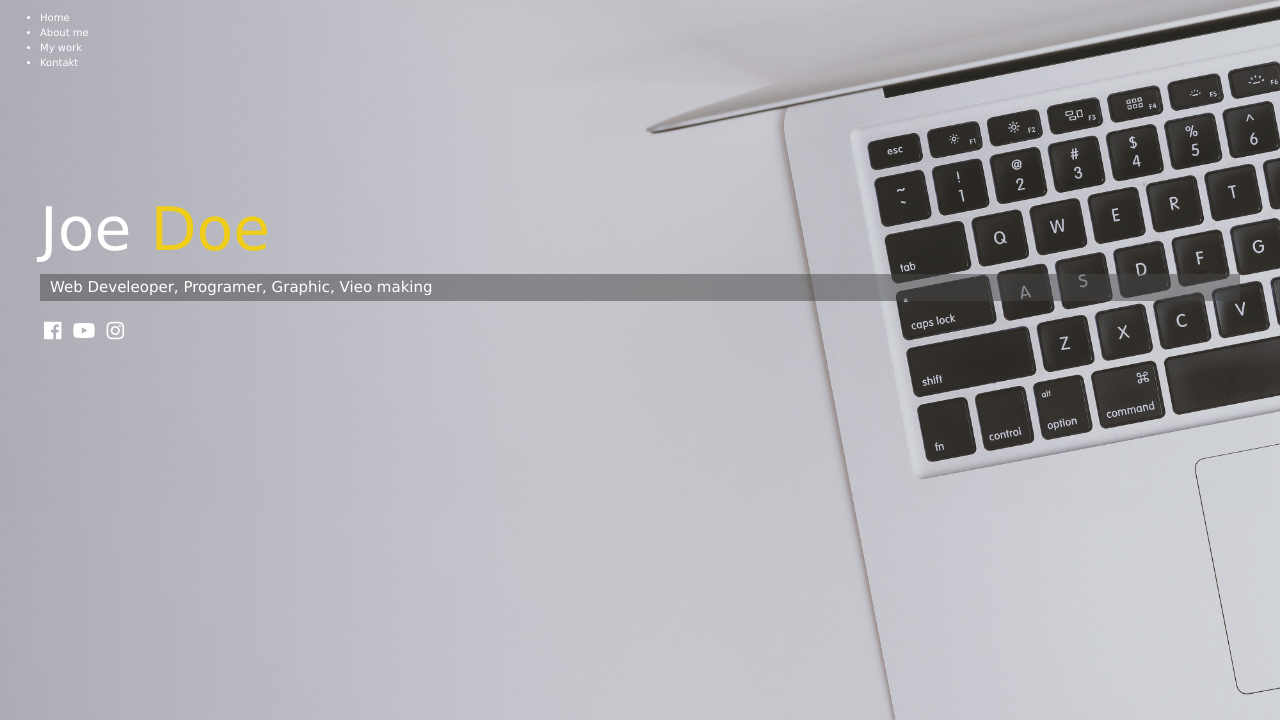
Repository: Zudoshi/morden-portfolio-test
Page: dist/index.html
These files come from the project's save history. The page is drawn as it stood at one moment and after the next save; the edit follows.
The browser window is 1280 px wide. The pictures show the whole page.
Some web libraries are served in a nearby version. The style sheet was rebuilt from its Sass, Less or Tailwind sources for each picture, by a compiler version that may differ from the author's.

Above is the page before, as saved 2019-12-29 22:19:20.

### dist/index.html
<!DOCTYPE html>
<html lang="en">

<head>
  <meta charset="UTF-8" />
  <meta name="viewport" content="width=device-width, initial-scale=1.0" />
  <meta http-equiv="X-UA-Compatible" content="ie=edge" />
  <link rel="stylesheet" href="https://use.fontawesome.com/releases/v5.2.0/css/all.css"
    integrity="sha384-hWVjflwFxL6sNzntih27bfxkr27PmbbK/iSvJ+a4+0owXq79v+;sFlW54b0GbiDO" crossorigin="anonymus" />
  <title>Custom line</title>
  <link rel="stylesheet" href="css/main.css" />
</head>

<body id="bg-img">
  <div class="overlay"></div>
  <header>
    <div class="menu-btn">
      <div class="btn-line"></div>
      <div class="btn-line"></div>
      <div class="btn-line"></div>
    </div>

    <nav class="menu">
      <div class="menu-branding">
        <div class="portrait"></div>
      </div>
      <ul class="manu-nav">
        <li class="nav-item">
          <a href="/" class="nav-link">Home</a>
        </li>
        <li class="nav-item">
          <a href="/about.html" class="nav-link">About me</a>
        </li>
        <li class="nav-item">
          <a href="/work.html" class="nav-link">My work</a>
        </li>
        <li class="nav-item">
          <a href="/contant.html" class="nav-link">Kontakt</a>
        </li>
      </ul>
    </nav>
  </header>
  <main id="home">
    <h1 class="lg-heading">Joe <span class="text-secondary">Doe</span></h1>
    <h2 class="sm-heading">
      Web Develeoper, Programer, Graphic, Vieo making
    </h2>
    <div class="icons">
      <a href="#!">
        <i class="fab fa-facebook fa-2x"></i>
      </a>
      <a href="#!">
        <i class="fab fa-youtube fa-2x"></i>
      </a>
      <a href="#!">
        <i class="fab fa-instagram fa-2x"></i>
      </a>
    </div>
  </main>

  <script src="/dist/js/mian.js"></script>
</body>

</html>

### SCSS/main.scss
$primary-color: #444;
$secondary-color: #eece1a;
$show-home-image: true;
$home-image: url(../img/home.jpg);
$background-opacity: 0.2;

@mixin easeOut {
    transition: all 0.5s ease-out;
}

@mixin background {
    @if $show-home-image {
        &#bg-img {
            background: $home-image;
            background-attachment: fixed;
            background-size: cover;

            .overlay {
                position: absolute;
                top: 0;
                right: 0;
                width: 100%;
                height: 100%;
                z-index: -1;
                background: rgba($primary-color, $background-opacity);
            }
        }
    }
}

html {
    font-size: 10px;
}

* {
    box-sizing: border-box;
}

body {
    @include background();
    background: $primary-color;
    color: #fff;
    height: 100%;
    margin: 0;
    font-family: Verdana, Geneva, Tahoma, sans-serif;
    line-height: 1.5;
}

// headding
h1,
h2,
h3 {
    margin: 0;
    font-weight: 400;

    &.lg-heading {
        font-size: 6rem;
    }

    &.sm-heading {
        margin-bottom: 2rem;
        padding: 0.2rem 1rem;
        background: rgba(lighten($primary-color, 2), 0.5);
    }
}

a {
    color: #fff;
    text-decoration: none;
}

header {
    position: fixed;
    z-index: 2;
    width: 100%;
}

.text-secondary {
    color: $secondary-color;
}

main {
    padding: 4rem;
    height: 100%;

    .icons {
        margin-top: 1rem;

        a {
            padding: 0.4rem;

            &:hover {
                color: $secondary-color;
                @include easeOut();
            }
        }
    }

    &#home {
        overflow: hidden;

        h1 {
            margin-top: 20vh;
        }
    }
}

Loaded but not shown: dist/js/mian.js (no stored copy; drawn as an empty file)

After the next save:
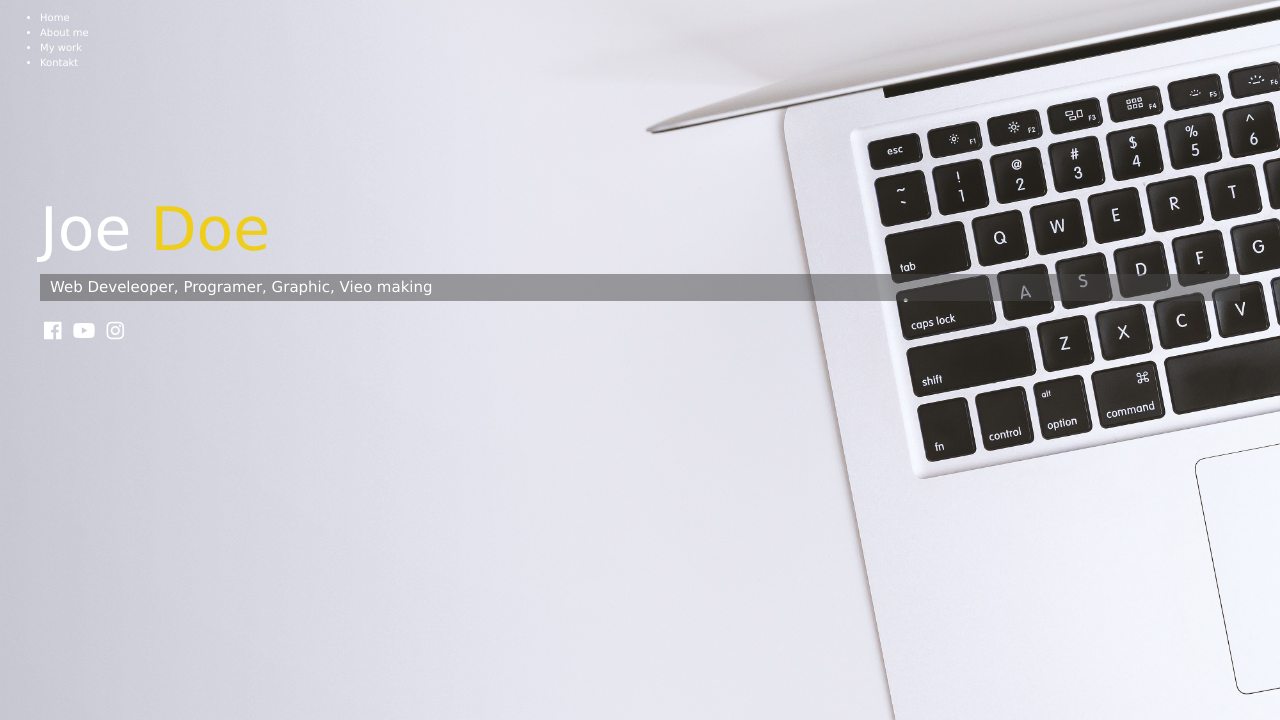
Saved 33 s later.
--- a/dist/index.html
+++ b/dist/index.html
@@ -12,7 +12,6 @@
 </head>
 
 <body id="bg-img">
-  <div class="overlay"></div>
   <header>
     <div class="menu-btn">
       <div class="btn-line"></div>

After the save that followed:
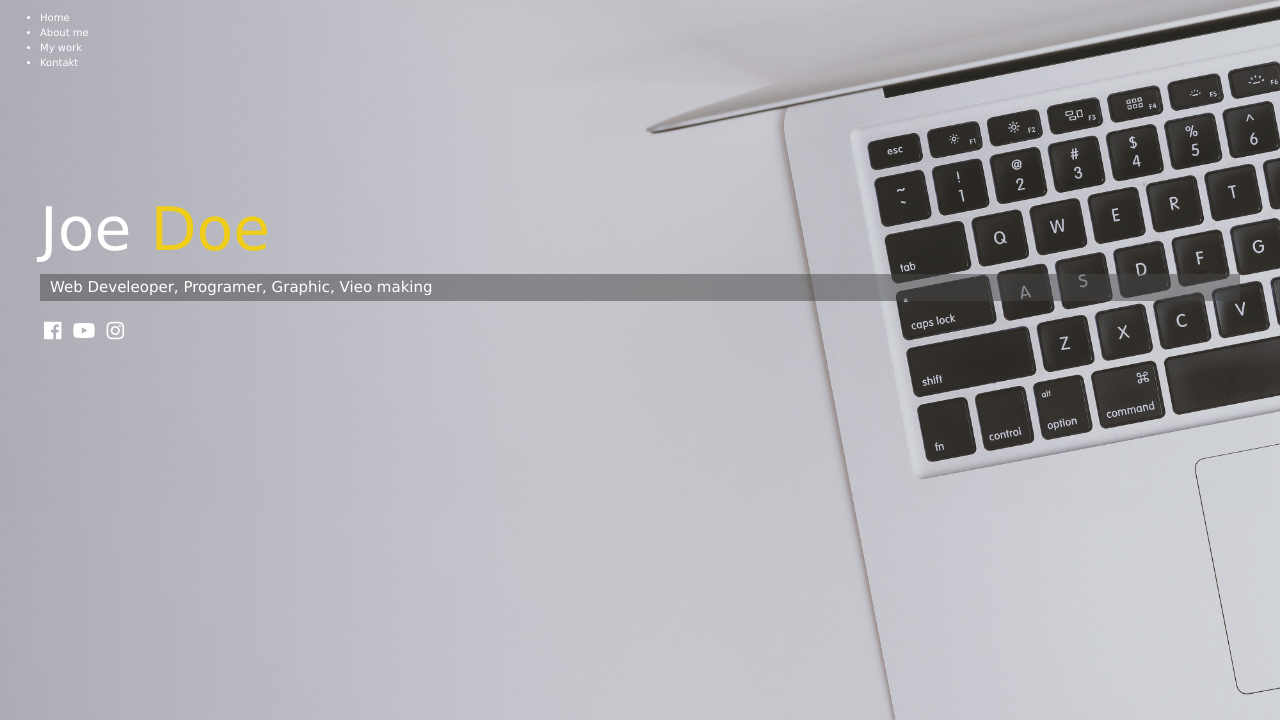
Saved 24 s later.
--- a/SCSS/main.scss
+++ b/SCSS/main.scss
@@ -15,7 +15,8 @@ $background-opacity: 0.2;
             background-attachment: fixed;
             background-size: cover;
 
-            .overlay {
+            &::after {
+                content: '';
                 position: absolute;
                 top: 0;
                 right: 0;
